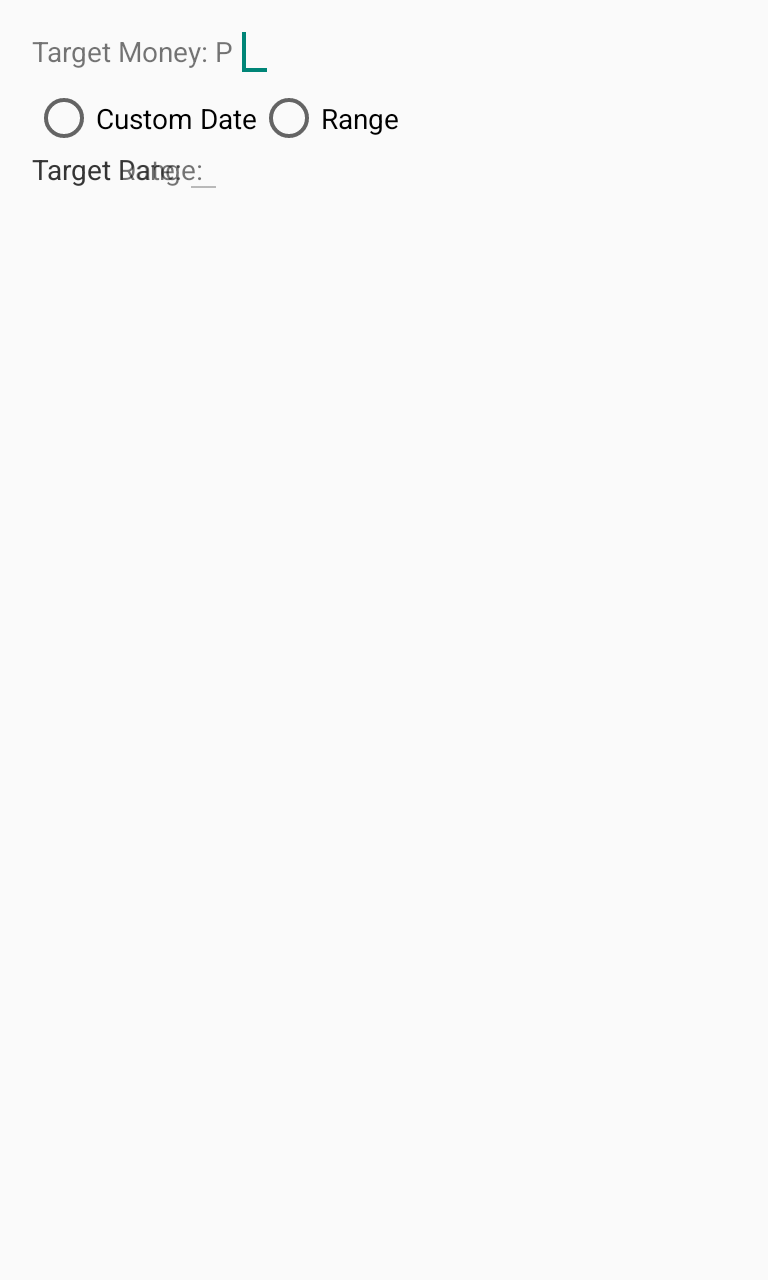
Repository: japheth-starita/SavingsApp
Layout: SavingsApp/res/layout/activity_preferences.xml
An editor plug-in stored every save of this project. The layout is shown before and after the next save, followed by the edit.
It is drawn on a 768 x 1280 px phone screen (xhdpi) without system bars, with theme AppTheme; the app's code is not run.

Above is the layout before, as saved 2016-01-30 08:43:39.

After the next save:
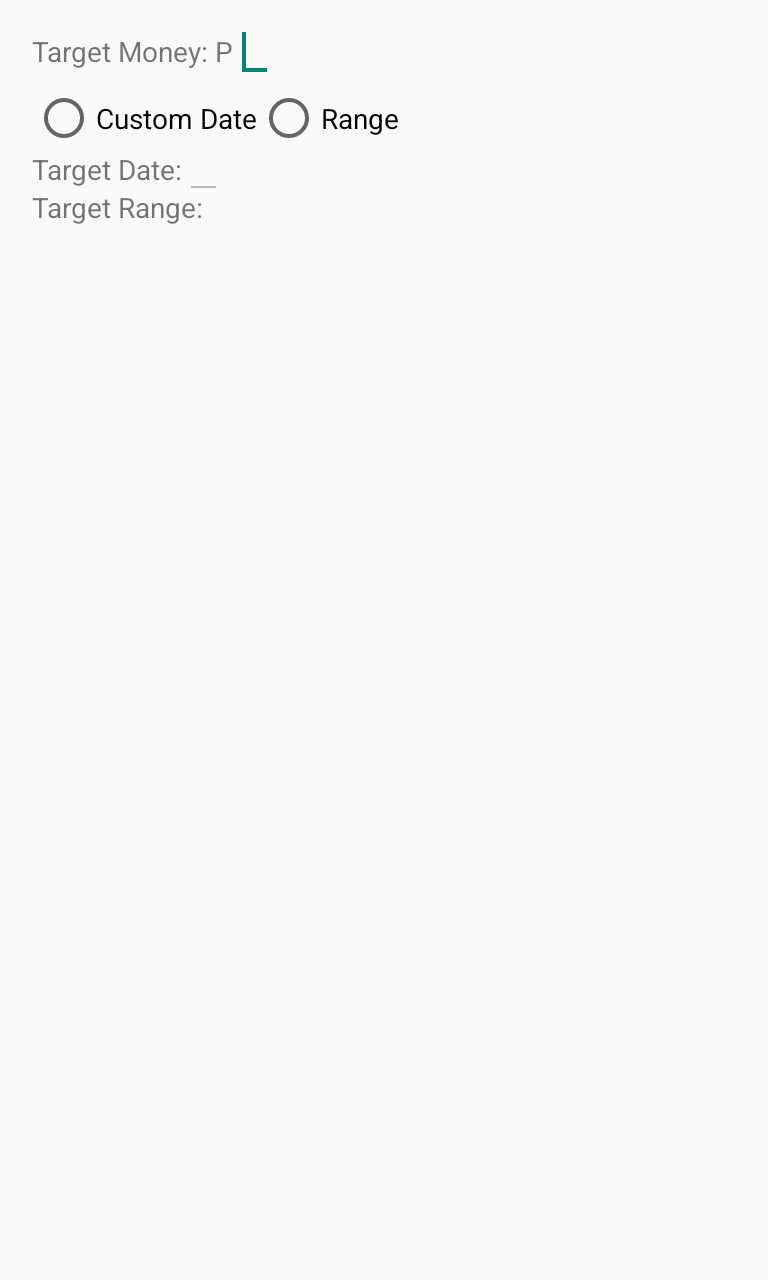
Saved 20 s later.
--- a/SavingsApp/res/layout/activity_preferences.xml
+++ b/SavingsApp/res/layout/activity_preferences.xml
@@ -66,7 +66,7 @@
         android:id="@+id/lblTargetRange"
         android:layout_width="wrap_content"
         android:layout_height="wrap_content"
-        android:layout_below="@+id/rbgrpSetting"
+        android:layout_below="@+id/lblTargetDate"
         android:text="Target Range:" />
 
 
